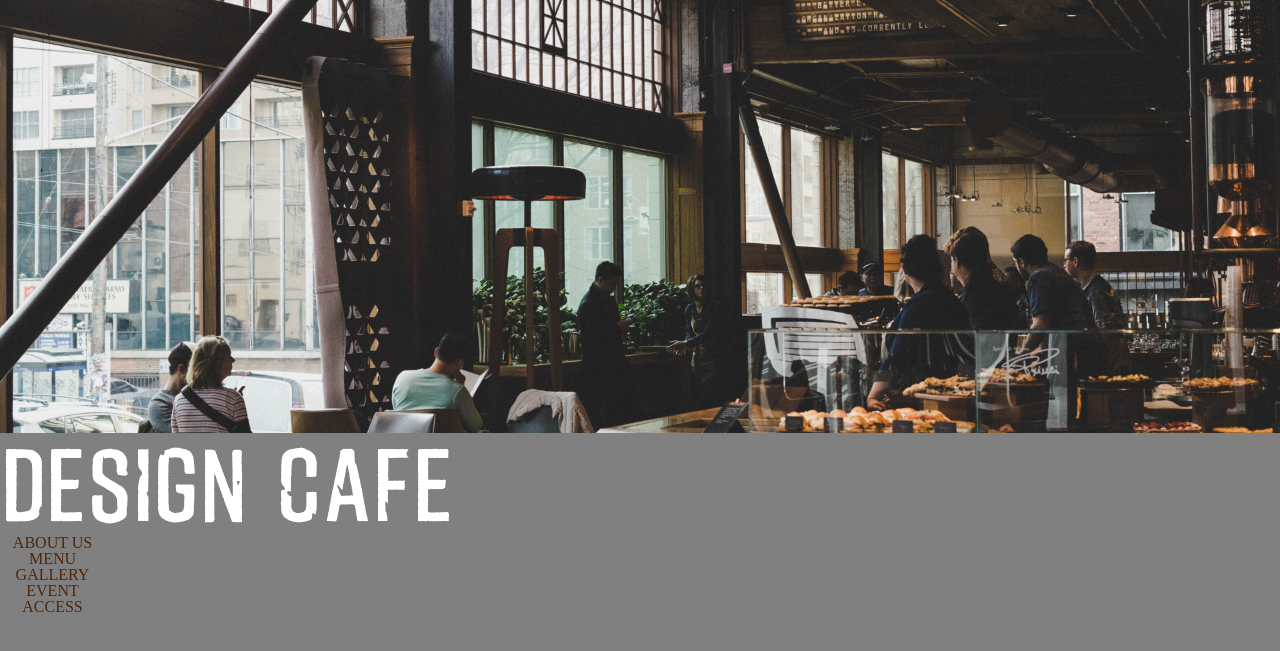
Repository: sonoyama01/dezasuta
Page: 第4回課題/index.html
These files come from the project's save history. The page is drawn as it stood at one moment and after the next save; the edit follows.
The browser window is 1280 px wide. The pictures show the whole page.

Above is the page before, as saved 2024-05-01 23:23:36.

### 第4回課題/index.html
<!DOCTYPE html>
<html lang="ja">

<head>
    <meta charset="UTF-8">
    <meta name="viewport" content="width=device-width, initial-scale=1.0">
    <title>Desing Cafe</title>
    <link rel="stylesheet" href="./css/style.css">
</head>

<body>
    <header>
        <div class="header_slide">
            <div>
                <img src="./images/pc_first-100.jpg" alt="店内の様子">
            </div>
        </div>
        <div class="header_wap">
            <h1 class="header_logo">
                <img src="./images/design_cafe_logo_header@2x.png" alt="desind cafe">
            </h1>
            <nav class="pc_nav">
                <ul>
                    <li><a href="#">ABOUT US</a></li>
                    <li><a href="#">MENU</a></li>
                    <li><a href="#">GALLERY</a></li>
                    <li><a href="#">EVENT</a></li>
                    <li><a href="#">ACCESS</a></li>
                </ul>
            </nav>
        </div>
    </header>

</body>

</html>

### 第4回課題/css/style.css
@charset "utf-8";

/* cssリセット */

/*利用するタグによってこちらの内容は増やす*/

html,
body,
h1,
h2,
h3,
p,
dl,
dt,
dd,
ul,
li {
  margin: 0;
  padding: 0;
  line-height: 1;
  /*デフォルトの文字色、font-familyを予め当てておく*/
  color: #4f260b;
  font-family: "游明朝", YuMincho, "Hiragino Mincho ProN W3",
    "ヒラギノ明朝 ProN W3", "Hiragino Mincho ProN", "HG明朝E", "ＭＳ Ｐ明朝",
    "ＭＳ 明朝", serif;
}

a {
  /*下線を消す*/
  text-decoration: none;
  /*色を消す*/
  color: inherit;
}

ul {
  /*左の「・」を消す*/
  list-style: none;
}

img {
  max-width: 100%;
  vertical-align: bottom;
  border: none;
}

body {
  background-color: gray;
}

.pa_nav ul {
  display: flex;
}

.pc_nav ul li {
  width: 105px;
  text-align: center;
}

After the next save:
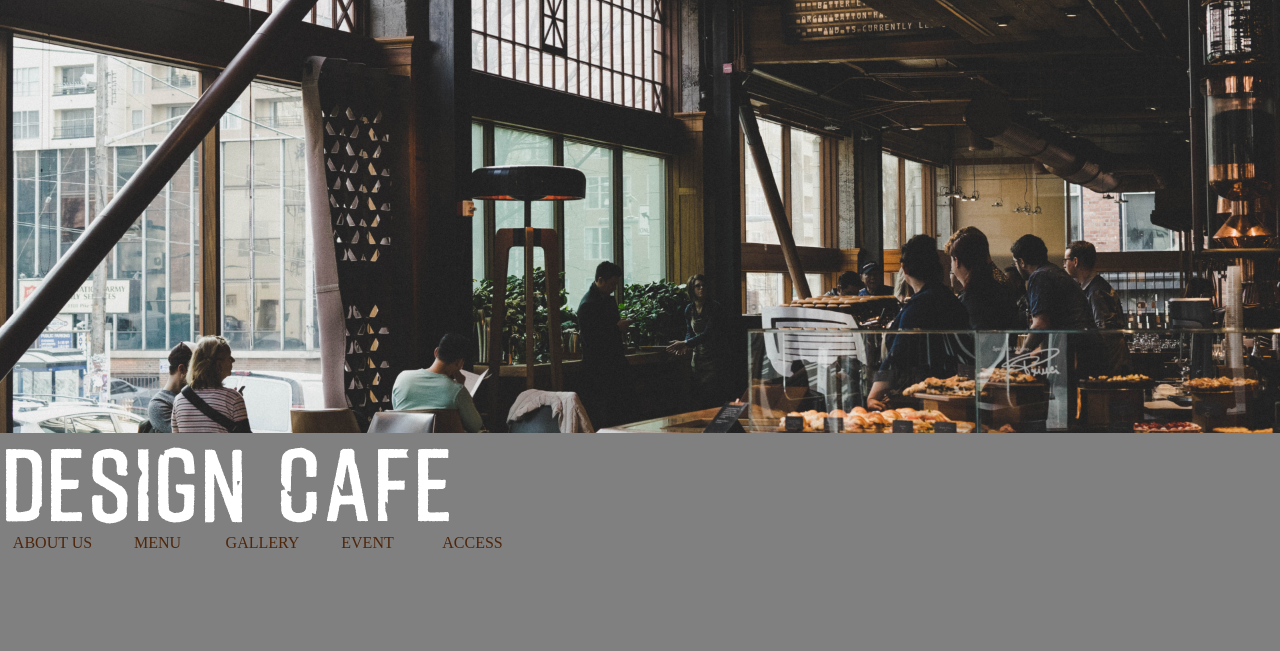
Saved 72 s later.
--- a/第4回課題/css/style.css
+++ b/第4回課題/css/style.css
@@ -47,7 +47,7 @@ body {
   background-color: gray;
 }
 
-.pa_nav ul {
+.pc_nav ul {
   display: flex;
 }
 
